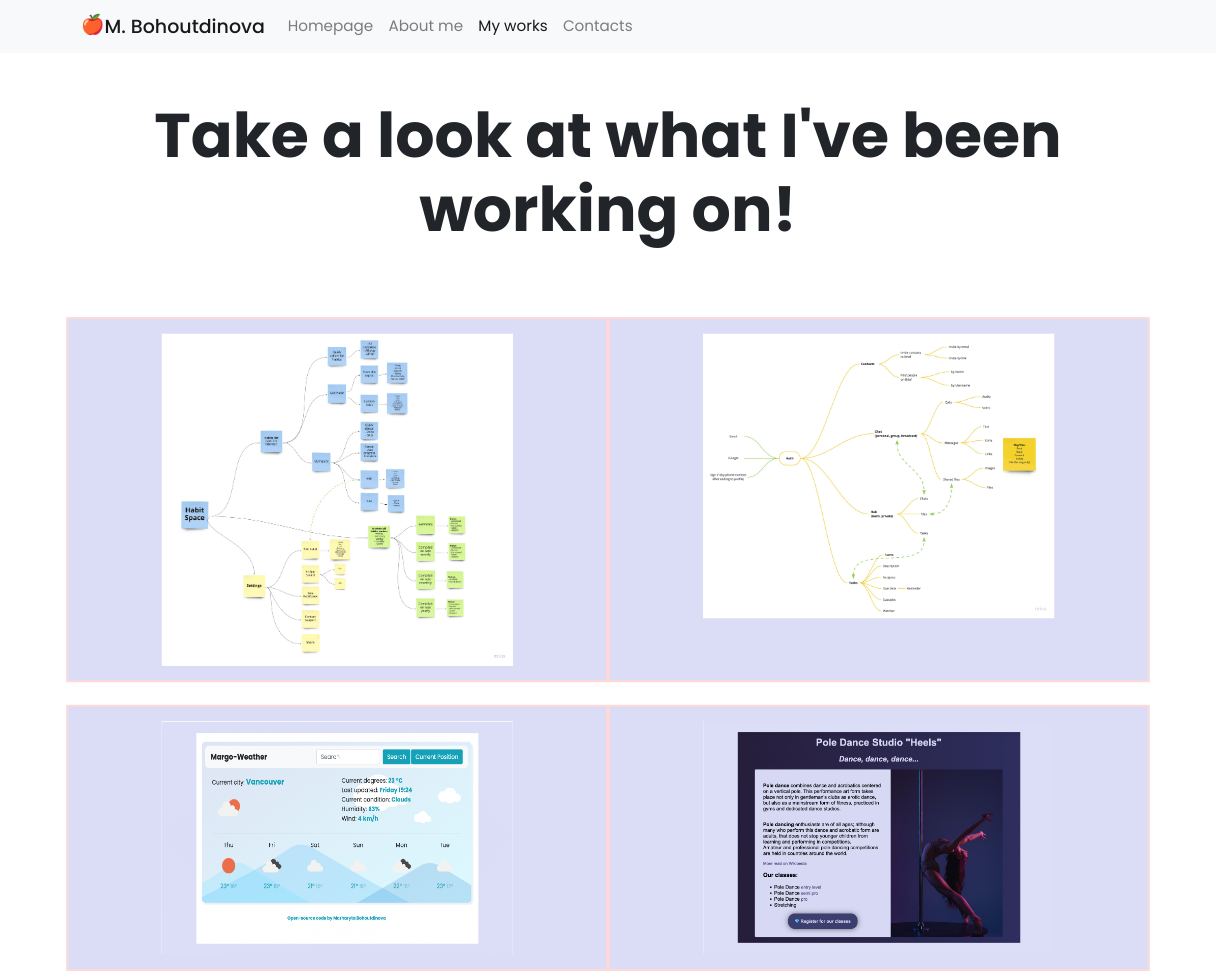
Repository: Bohoutdinova/Portfolio_week-4
Page: works.html
The author's editor kept a copy of each file at every save. The page is drawn from the files as they stood at one save, then again after the next save.
The browser window is 1280 px wide. The pictures show the whole page, at 95% of full size.

Above is the page before, as saved 2022-08-12 16:27:22.

### works.html
<!DOCTYPE html>
<html lang="en">
  <head>
    <meta charset="UTF-8" />
    <meta http-equiv="X-UA-Compatible" content="IE=edge" />
    <meta name="viewport" content="width=device-width, initial-scale=1.0" />
    <title>M. Bohoutdinova - QA engineer</title>
    <meta name="description" content="Works M. Bohoutdinova" />
    <link
      rel="stylesheet"
      href="https://cdn.jsdelivr.net/npm/bootstrap@4.3.1/dist/css/bootstrap.min.css"
      integrity="sha384-ggOyR0iXCbMQv3Xipma34MD+dH/1fQ784/j6cY/iJTQUOhcWr7x9JvoRxT2MZw1T"
      crossorigin="anonymous"
    />
    <script
      src="https://code.jquery.com/jquery-3.3.1.slim.min.js"
      integrity="sha384-q8i/X+965DzO0rT7abK41JStQIAqVgRVzpbzo5smXKp4YfRvH+8abtTE1Pi6jizo"
      crossorigin="anonymous"
    ></script>
    <script
      src="https://cdn.jsdelivr.net/npm/popper.js@1.14.7/dist/umd/popper.min.js"
      integrity="sha384-UO2eT0CpHqdSJQ6hJty5KVphtPhzWj9WO1clHTMGa3JDZwrnQq4sF86dIHNDz0W1"
      crossorigin="anonymous"
    ></script>
    <script
      src="https://cdn.jsdelivr.net/npm/bootstrap@4.3.1/dist/js/bootstrap.min.js"
      integrity="sha384-JjSmVgyd0p3pXB1rRibZUAYoIIy6OrQ6VrjIEaFf/nJGzIxFDsf4x0xIM+B07jRM"
      crossorigin="anonymous"
    ></script>
    <link rel="stylesheet" href="/src/style.css" />
    <link rel="preconnect" href="https://fonts.googleapis.com" />
    <link rel="preconnect" href="https://fonts.gstatic.com" crossorigin />
    <link rel="preconnect" href="https://fonts.googleapis.com" />
    <link rel="preconnect" href="https://fonts.gstatic.com" crossorigin />
    <link
      href="https://fonts.googleapis.com/css2?family=Abril+Fatface&family=Poppins:wght@100;400;500;700&display=swap"
      rel="stylesheet"
    />
  </head>
  <body>
    <nav class="navbar navbar-expand-lg navbar-light bg-light">
      <div class="container">
        <a class="navbar-brand" href="/index.html" title="Homepage"
          >M. Bohoutdinova</a
        >
        <button
          class="navbar-toggler"
          type="button"
          data-toggle="collapse"
          data-target="#navbarNav"
          aria-controls="navbarNav"
          aria-expanded="false"
          aria-label="Toggle navigation"
        >
          <span class="navbar-toggler-icon"></span>
        </button>
        <div class="collapse navbar-collapse" id="navbarNav">
          <ul class="navbar-nav">
            <li class="nav-item">
              <a class="nav-link" href="/index.html" title="Homepage"
                >Homepage <span class="sr-only">(current)</span></a
              >
            </li>
            <li class="nav-item">
              <a
                class="nav-link"
                href="/about.html"
                title="About M. Bohoutdinova"
                >About me</a
              >
            </li>
            <li class="nav-item active">
              <a class="nav-link" href="/works.html" title="My works"
                >My works</a
              >
            </li>
            <li class="nav-item">
              <a class="nav-link" href="#" title="Contact with M. Bohoutdinova"
                >Contacts</a
              >
            </li>
          </ul>
        </div>
      </div>
    </nav>
    <div class="container works-container">
      <div class="content">
        <h1 class="mt-5 text-center">
          Take a look at what I've been working on!
        </h1>
        <div class="row">
          <div class="col-md-6 mt-4 img-color">
            <img
              src="/images/Habit_space.jpeg"
              alt="Habitspace"
              class="img-fluid rounded img-works"
              width="400"
            />
          </div>
          <div class="col-md-6 mt-4 img-color">
            <img
              src="/images/Brief.jpeg"
              alt="Brief"
              class="img-fluid rounded img-works"
              width="400"
            />
          </div>
          <div class="col-md-6 mt-4 img-color">
            <img
              src="/images/Weather-app.png"
              alt="weather-app"
              class="img-fluid rounded img-works"
              width="400"
            />
          </div>
          <div class="col-md-6 mt-4 img-color">
            <img
              src="/images/Poledance.png"
              alt="poledance-page"
              class="img-fluid rounded img-works"
              width="400"
            />
          </div>
        </div>
      </div>
    </div>
  </body>
</html>

### src/style.css
:root {
  --main-family-font: "Poppins", sans-serif;
  --main-color: #fa434c;
}
body {
  font-family: var(--main-family-font);
}

.navbar-brand {
  position: relative;
  padding-left: 25px;
  font-weight: 500;
}

.navbar-brand:before {
  position: absolute;
  content: "🍎";
  left: 0;
  top: 3px;
}

.navbar-brand:hover:before {
  content: "🍏";
}
.hero-page {
  text-align: center;
}

h2 {
  font-weight: 400;
}
h1 {
  font-weight: 700;
  font-size: 65px;
}
h3 {
  font-size: 25px;
  font-weight: 400;
  opacity: 70%;
}
.hero-page h3 {
  margin-bottom: 60px;
}
img {
  display: block;
  margin: 0 auto;
  text-align: center;
}
.col-sm-6 {
  padding: 0;
}
.contact-me {
  padding: 15px 25px;
  background-color: var(--main-color);
  color: white;
  font-size: 18px;
  border: 2px solid var(--main-color);
}
.contact-me:hover {
  color: var(--main-color);
  background-color: white;
  border-color: var(--main-color);
  text-decoration: none;
}
.about-app {
  text-align: center;
}
.app-name {
  font-size: 35px;
  font-weight: 700;
}
.app {
  background-color: rgb(255, 216, 216, 30%);
}
.app-description {
  padding: 15px 25px;
  margin: 30px;
  text-align: center;
}
.app-description-p {
  margin-top: 30px;
  margin-bottom: 50px;
}
.app-link {
  color: var(--main-color);
  padding: 15px 25px;
  font-size: 18px;
  border: 2px solid rgb(255, 216, 216);
}
.app-link:hover {
  text-decoration: none;
  color: black;
}
.row {
  margin-top: 50px;
}
.about-description {
  text-align: left;
}
@media (max-width: 900px) {
  h1 {
    font-size: 45px;
  }
  h3 {
    font-size: 20px;
  }
  .row {
    margin-top: 0;
  }
}
.about-page {
  text-align: center;
}
.img-works {
  padding: 15px;
}
.img-color {
  background-color: rgb(196, 199, 242, 0.6);
  border: 2px solid rgb(255, 216, 216);
}

After the next save:
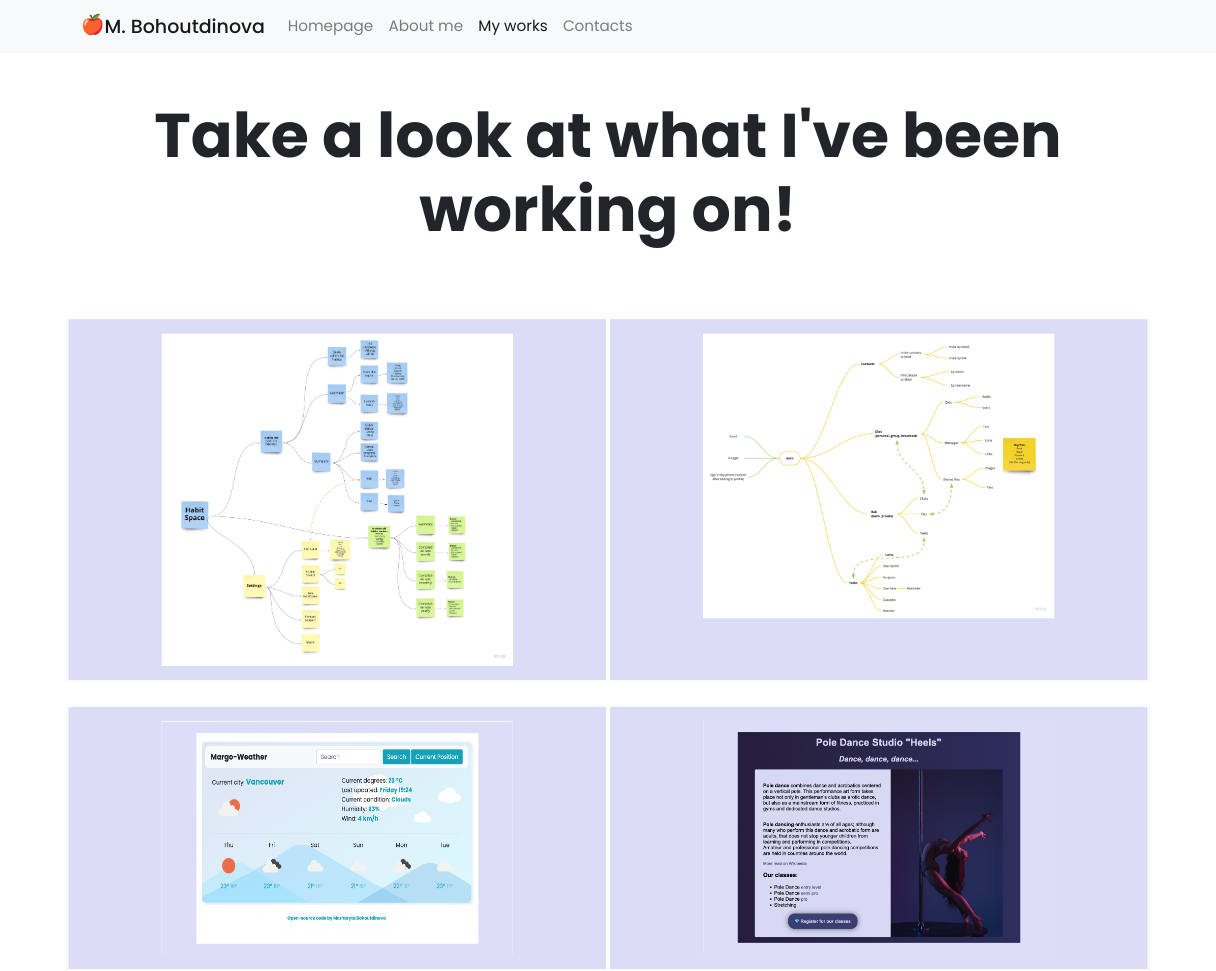
Saved 14 s later.
--- a/src/style.css
+++ b/src/style.css
@@ -116,5 +116,5 @@ img {
 }
 .img-color {
   background-color: rgb(196, 199, 242, 0.6);
-  border: 2px solid rgb(255, 216, 216);
+  border: 2px solid white;
 }
